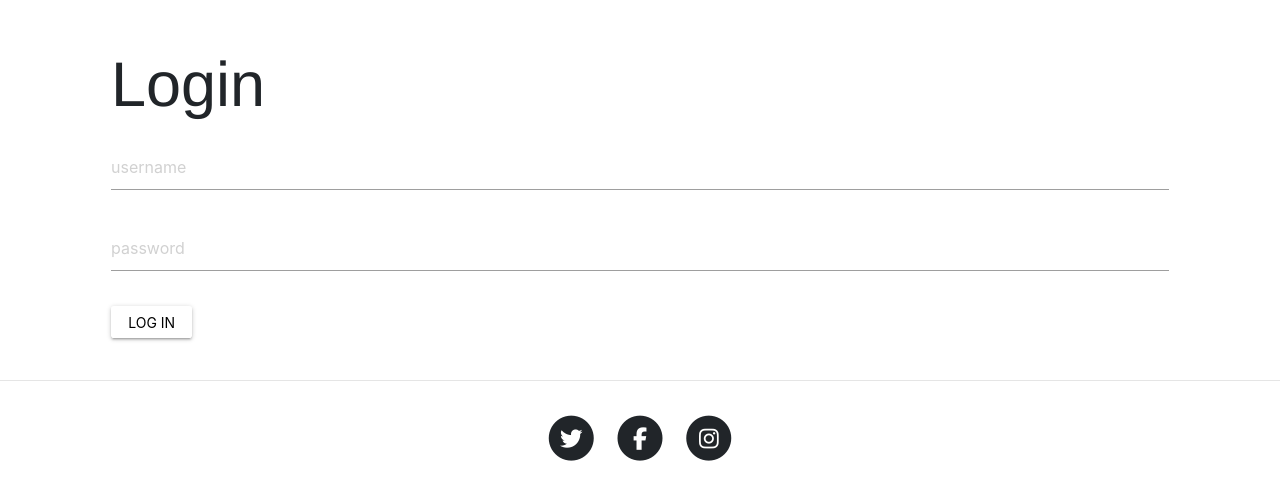
Repository: Code-Institute-Submissions/simas-recipes
Page: http://localhost/admin
The author's editor kept a record of every edit. The page is drawn from the files as they stood at one moment, then again after the next edit.
The browser window is 1280 px wide. The pictures show the part of the page from y = 562 to 1070 px (the page is 1043 px tall before and 1070 px after).
Some web fonts or font styles are not loaded; a fallback is used. Some web libraries are served in a nearby version. The page is served by the project's application, run on Flask 3 (run.py).

Above is the page before.
Console error: ReferenceError: emailjs is not defined

### templates/login.html
{% extends 'base.html' %}

{% block content %}

    {% if session['logged_in'] %}

        You're logged in already!

    {% else %}

        <!--To provide with username and password which will process through 'login' route-->
        <form action="/login" method="POST">
            <div class="login">
                <div class="login-screen">
                    <div class="app-title">
                        <h1>Login</h1>
                    </div>
                    <div class="login-form">
                        <div class="control-group">
                            <input type="text" class="login-field" value="" placeholder="username" name="username">
                            <label class="login-field-icon fui-user" for="login-name"></label>
                        </div>
                        <div class="control-group">
                            <input type="password" class="login-field" value="" placeholder="password" name="password">
                            <label class="login-field-icon fui-lock" for="login-pass"></label>
                        </div>
                        <input type="submit" value="Log in" class="btn btn-warning waves-effect waves-light">

                    </div><br>

                    <!--<p>
                        Click here to <a href="{{ url_for('newuser') }}">Create New User</a>
                    </p>-->
                </div>
            </div>
        </form>
    {% endif %}

{% endblock %}

### templates/base.html
<!DOCTYPE html>
<html lang="en">
<head>
    <meta charset="UTF-8">
    <meta name="viewport" content="width=device-width, initial-scale=1.0">
    <meta http-equiv="X-UA-Compatible" content="ie=edge">

    <!--Google Font link-->
    <link href="https://fonts.googleapis.com/css?family=Cedarville+Cursive|Cuprum:400,400i,700,700i|Josefin+Sans:400,600,700|Laila|Libre+Baskerville:400,400i,700|Overlock+SC|Roboto:400,500i,700,700i,900,900i|Tangerine&display=swap" rel="stylesheet">

    <!--Bootstrap CSS link-->
    <link rel="stylesheet" href="{{ url_for('static', filename='css/bootstrap.css') }}" type="text/css" />

    <!--Style CSS link-->
    <link rel="stylesheet" href="{{ url_for('static', filename='css/style.css') }}" type="text/css" />

    <!--Fontawesome CSS Link-->
    <link rel="stylesheet" href="{{ url_for('static', filename='css/fontawesome.css') }}" type="text/css" />

    <!--Materialize Icons link-->
    <link href="https://fonts.googleapis.com/icon?family=Material+Icons" rel="stylesheet">

    <!--Materialize CSS link-->
    <link rel="stylesheet" href="{{ url_for('static', filename='css/materialize.css') }}" type="text/css" />

    <title>Sima's Recipes</title>
</head>
<body>
    <!-- Navigation -->
    <nav class="navbar navbar-expand-lg navbar-expand-md navbar-light fixed-top" id="mainNav">
        <div class="container">

            <!--Link to index.html with site heading-->
            <a class="navbar-brand" href="{{ url_for('index') }}">Sima's Recipes</a>

            <!--Collapsiable button for small link and Navigation bar-->
            <button class="navbar-toggler navbar-toggler-right" type="button" data-toggle="collapse" data-target="#navbarResponsive" aria-controls="navbarResponsive" aria-expanded="false" aria-label="Toggle navigation">
                Menu
            </button>

            <!--List of menu options-->
            <div class="collapse navbar-collapse" id="navbarResponsive">
                <ul class="navbar-nav ml-auto">

                    <!--link to recipes route on python file-->
                    <li class="nav-item">
                        <a class="nav-link" href="{{ url_for('recipes') }}">Recipes</a>
                    </li>

                    <!--link to contact route on python file-->
                    <li class="nav-item">
                        <a class="nav-link" href="{{ url_for('contact') }}">Contact Us</a>
                    </li>

                    <!--link to chat route on python file-->
                    <li class="nav-item">
                        <a class="nav-link" href="{{ url_for('chat') }}">Chat</a>
                    </li>

                    <!--link to admin route on python file-->
                    <li class="nav-item">
                        <a class="nav-link" href="{{ url_for('loginuser') }}">Admin</a>
                    </li>
                </ul>
            </div>
        </div>
    </nav>

    <!-- Page Header -->
    <header class="masthead" style="background-image: url('{{ url_for('static', filename= 'img/Basically-Gojuchang-Chicken-Recipe-Wide.jpg') }}')">
        <div class="overlay"></div>
        <div class="container">
            <div class="row">
                <div class="col-lg-8 col-md-10 mx-auto">
                    <div class="site-heading">
                        <h1>Sima's Recipes</h1>
                        <span class="subheading">Finger licking yummy recipes</span>
                    </div>
                </div>
            </div>
        </div>
    </header>

    <!-- Main Content -->
    <div class="container">
        {% block content %}
        {% endblock %}
    </div>
    <hr>

    <!-- Footer -->
    <footer>
        <div class="container">
            <div class="row">
                <div class="col-lg-8 col-md-10 mx-auto">
                    <ul class="list-inline text-center">
                        <li class="list-inline-item">
                            <a href="#">
                                <span class="fa-stack fa-lg">
                                    <i class="fas fa-circle fa-stack-2x"></i>
                                    <i class="fab fa-twitter fa-stack-1x fa-inverse"></i>
                                </span>
                            </a>
                        </li>
                        <li class="list-inline-item">
                            <a href="#">
                                <span class="fa-stack fa-lg">
                                    <i class="fas fa-circle fa-stack-2x"></i>
                                    <i class="fab fa-facebook-f fa-stack-1x fa-inverse"></i>
                                </span>
                            </a>
                        </li>
                        <li class="list-inline-item">
                            <a href="#">
                                <span class="fa-stack fa-lg">
                                    <i class="fas fa-circle fa-stack-2x"></i>
                                    <i class="fab fa-instagram fa-stack-1x fa-inverse"></i>
                                </span>
                            </a>
                        </li>
                    </ul>
                </div>
            </div>
        </div>
    </footer>

    <!-- Bootstrap core JavaScript -->
    <script src="{{ url_for('static', filename='js/jquery.js') }}"></script>
    <script src="{{ url_for('static', filename='js/bootstrap.bundle.js') }}"></script>

    <!-- Custom scripts for this template -->
    <script src="{{ url_for('static', filename='js/clean-blog.js') }}"></script>

    <!--Fontawesome javascript link-->
    <script src="https://kit.fontawesome.com/011e87d520.js" crossorigin="anonymous"></script>

    <!--Materialize javascript link-->
    <script src="{{ url_for('static', filename='js/materialize.js') }}"></script>

    <script type="text/javascript">
        $(document).ready(function() {
            $('.collapsible').collapsible(); /*Materialize Collapsible jQuery*/
            $('select').formSelect(); /*Materialize ComboBox option selection jQuery*/
            $('.datepicker').datepicker(); /*Materialize Date picker jQuery*/
            $('.fixed-action-btn').floatingActionButton(); /*Materialize floating button jQuery*/
        });
    </script>
    <script src="{{ url_for('static', filename='js/sendemail.js') }}"></script>
    <!--<script type="text/javascript" src="//ajax.googleapis.com/ajax/libs/jquery/2.1.1/jquery.min.js"></script>-->
    <script type="text/javascript" src="https://cdn.jsdelivr.net/npm/emailjs-com@2.3.2/dist/email.min.js"></script>
        <script type="text/javascript">
        (function(){
            emailjs.init("user_XAGJLBFyU2Ou31af5eTyT");
        })();
    </script>

</body>
</html>

### static/css/style.css
@import url('https://fonts.googleapis.com/css?family=Roboto:100,200,300,400,500,600,700|Exo:100,200,300,400,500,600,700|Abel:100,200,300,400,500,600,700|Crimson Text:100,200,300,400,500,600,700|Baloo:100,200,300,400,500,600,700|Lato:300,400,700,900');

/*__________________________________________________Beef Recipe Styling_____*/

.card-beef{
  font-size: 30px;
  font-weight: 400;
  border-radius: 5px;
  line-height: 100px;
  margin: 30px 0 30px 0;
  /*color: #ba0b28;*/
  color: #fff;
  background-color: #ba0b28;
  border-color: #ba0b28;
}

.cat-beef{
  color: #fff;
  background-color: #ba0b28;
}

.cat-beef-head{
  color: #ba0b28;
  background-color: #fff;
}


/*__________________________________________________Chicken Recipe Styling_____*/

.card-chick{
  font-size: 30px;
  font-weight: 400;
  border-radius: 5px;
  line-height: 100px;
  margin: 30px 0 30px 0;
  color: #fff;
  /*color: #d19a04;*/
  background-color: #d19a04;
  border-color: #d19a04;
}

.cat-chick{
  color: #fff;
  background-color: #d19a04;
}

.cat-chick-head{
  color: #d19a04;
  background-color: #fff;
}


/*__________________________________________________Healthy Recipe Styling_____*/

.card-healthy{
  font-size: 30px;
  font-weight: 400;
  border-radius: 5px;
  line-height: 100px;
  margin: 30px 0 30px 0;
  /*color: #3d944b;*/
  color: #fff;
  background-color: #3d944b;
  border-color: #3d944b;
}

.cat-healthy{
  color: #fff;
  background-color: #3d944b;
}

.cat-healthy-head{
  color: #3d944b;
  background-color: #fff;
}


/*__________________________________________________Lamb Recipe Styling_____*/

.card-lamb{
  font-size: 30px;
  font-weight: 400;
  border-radius: 5px;
  line-height: 100px;
  margin: 30px 0 30px 0;
  /*color: #c74108;*/
  color: #fff;
  background-color: #c74108;
  border-color: #c74108;
}

.cat-lamb{
  color: #fff;
  background-color: #c74108;
}

.cat-lamb-head{
  color: #c74108;
  background-color: #fff;
}


/*__________________________________________________Pork Recipe Styling_____*/

.card-pork{
  font-size: 30px;
  font-weight: 400;
  border-radius: 5px;
  line-height: 100px;
  margin: 30px 0 30px 0;
  /*color: #c74108;*/
  color: #fff;
  background-color:  #148f77;
  border-color:  #148f77;
}

.cat-pork{
  color: #fff;
  background-color:  #148f77;
}

.cat-pork-head{
  color:  #148f77;
  background-color: #fff;
}


/*__________________________________________________Sea Food Recipe Styling_____*/

.card-seafood{
  font-size: 30px;
  font-weight: 400;
  border-radius: 5px;
  line-height: 100px;
  margin: 30px 0 30px 0;
  /*color: #09a8b0;*/
  color: #fff;
  background-color: #09a8b0;
  border-color: #09a8b0;
}

.cat-seafood{
  color: #fff;
  background-color: #09a8b0;
}

.cat-seafood-head{
  color: #09a8b0;
  background-color: #fff;
}


/*__________________________________________________Vegan Recipe Styling_____*/

.card-vegan{
  font-size: 30px;
  font-weight: 400;
  border-radius: 5px;
  line-height: 100px;
  margin: 30px 0 30px 0;
  /*color: #3d944b;*/
  color: #fff;
  background-color: #17202A;
  border-color: #17202A ;
}

.cat-vegan{
  color: #fff;
  background-color: #17202A;
}

.cat-vegan-head{
  color: #17202A;
  background-color: #fff;
}


/*__________________________________________________Vegetable Recipe Styling_____*/

.card-veg{
  font-size: 30px;
  font-weight: 400;
  border-radius: 5px;
  line-height: 100px;
  margin: 30px 0 30px 0;
  /*color: #3e6796;*/
  color: #fff;
  background-color: #3e6796;
  border-color: #c74108;
}

.cat-veg{
  color: #fff;
  background-color: #3e6796;
}

.cat-veg-head{
  color: #3e6796;
  background-color: #fff;
}


/*__________________________________________________Under 30 mins Recipe Styling_____*/

.card-u30{
  font-size: 30px;
  font-weight: 400;
  border-radius: 5px;
  line-height: 100px;
  margin: 30px 0 30px 0;
  /*color: #6a1a99;*/
  color: #fff;
  background-color: #6a1a99;
  border-color: #6a1a99;
}


/*__________________________________________________Over 30 mins Recipe Styling_____*/

.card-o30{
  font-size: 30px;
  font-weight: 400;
  border-radius: 5px;
  line-height: 100px;
  margin: 30px 0 30px 0;
  /*color: #0d5f85;*/
  color: #fff;
  background-color: #0d5f85;
  border-color: #0d5f85;
}


/*__________________________________________________Dashboard Styling_____*/

.dashhead{
  text-align: center;
  font-weight: 400;
  font-family: 'Cuprum', 'Helvetica Neue', Helvetica, Arial, sans-serif;
  font-size: 40px;
  line-height: 110%;
  margin-bottom: 15px;
}

.card-cuisine-red{
  font-size: 30px;
  font-weight: 400;
  border-radius: 5px;
  line-height: 100px;
  margin: 30px 0 30px 0;
  color: #fff;
  background-color: #C70039;
  border-color: #C70039;
}

.card-cuisine-purple{
  font-size: 30px;
  font-weight: 400;
  border-radius: 5px;
  line-height: 100px;
  margin: 30px 0 30px 0;
  color: #fff;
  background-color: #512E5F;
  border-color: #512E5F;
}

.card-cuisine-blue{
  font-size: 30px;
  font-weight: 400;
  border-radius: 5px;
  line-height: 100px;
  margin: 30px 0 30px 0;
  color: #fff;
  background-color: #154360;
  border-color: #154360;
}

.card-cuisine-green{
  font-size: 30px;
  font-weight: 400;
  border-radius: 5px;
  line-height: 100px;
  margin: 30px 0 30px 0;
  color: #fff;
  background-color: #0B5345;
  border-color: #0B5345;
}


/*__________________________________________________Category Styling_____*/

.cat_head{
  padding-left: 20px;
  position: relative;
  width: 100%;
  padding-right: 5px;
  flex: 0 0 75%;
  max-width: 75%;
}

.cat-value{
  padding-left: 30px;
}

.admin-category-thumb{
  color: #c74108;
}

.admin-category-back{
  color: #fff;
  background-color: #c74108;
}

.link-cat{
  font-size: 30px;
  font-weight: 400;
  font-family: 'Cuprum', 'Helvetica Neue', Helvetica, Arial, sans-serif;
}


/*__________________________________________________Recipe Styling_____*/

.recipe-thumb{
  color: #6a1a99;
}

.admin-recipe-back{
  color: #fff;
  background-color: #6a1a99;
}

.recipe-body{
  color: #fff;
  background-color: #5c5a54;
}

.recipe_head{
  font-weight: 800;
}

.not-available{
  color: red;
}


/*__________________________________________________Contact Form Styling_____*/

.contact-form{
  margin-top: 40px;
}

.contact-thumb{
  color: #ba0b28;
}


/*__________________________________________________Cuisine Styling_____*/

.admin-cuisine-thumb{
  color: #d19a04;
}

.admin-cuisine-back{
  color: #fff;
  background-color: #d19a04;
}


/*__________________________________________________Floting Button "TOP" Styling_____*/

.card-top{
  height: 50px;
  width: 50px;
  font-size: 30px;
  font-weight: 800;
  font-family: 'Cuprum', 'Helvetica Neue', Helvetica, Arial, sans-serif;
  border-radius: 50px;
  margin: 30px 0 30px 0;
  color: #fff;
  background-color: #c74108;
  border-color: #c74108;
  line-height: 54px;
}


/*__________________________________________________Tag Styling_____*/

p {
  line-height: 1.5;
  margin: 0;
  font-family: 'Cuprum', 'Helvetica Neue', Helvetica, Arial, sans-serif;
}

p a {
  text-decoration: underline;
}

h1,
h2,
h3,
h4,
h5,
h6 {
  font-weight: 800;
  font-family: 'Cuprum', 'Helvetica Neue', Helvetica, Arial, sans-serif;
}

a {
  color: #212529;
  /*color: #fff;*/
  transition: all 0.2s;
}

a:focus, a:hover {
  color: #0085A1;
  /*color: #fff;*/
  text-decoration: none;
}


/*__________________________________________________Main Image Styling_____*/

blockquote {
  font-style: italic;
  color: #868e96;
}

.section-heading {
  font-size: 36px;
  font-weight: 700;
  margin-top: 60px;
}

.caption {
  font-size: 14px;
  font-style: italic;
  display: block;
  margin: 0;
  padding: 10px;
  text-align: center;
  border-bottom-right-radius: 5px;
  border-bottom-left-radius: 5px;
}

::-moz-selection {
  color: #fff;
  background: #0085A1;
  text-shadow: none;
}

::selection {
  color: #fff;
  background: #0085A1;
  text-shadow: none;
}

img::-moz-selection {
  color: #fff;
  background: transparent;
}

img::selection {
  color: #fff;
  background: transparent;
}

img::-moz-selection {
  color: #fff;
  background: transparent;
}

/*__________________________________________________Navigation Bar Styling_____*/

#mainNav {
  position: absolute;
  border-bottom: 1px solid #e9ecef;
  background-color: #fff;
  color: #000;
  font-family: 'Roboto', 'Helvetica Neue', Helvetica, Arial, sans-serif;
}

#mainNav .navbar-brand {
  font-weight: 800;
  color: #343a40;
}

#mainNav .navbar-toggler {
  font-size: 12px;
  font-weight: 800;
  padding: 13px;
  text-transform: uppercase;
  color: #343a40;
}

#mainNav .navbar-nav > li.nav-item > a {
  font-size: 12px;
  font-weight: 800;
  letter-spacing: 1px;
  text-transform: uppercase;
}

nav i {
  display: block;
  line-height: 56px;
}

@media only screen and (min-width: 992px) {
  #mainNav {
    border-bottom: 1px solid transparent;
    background: transparent;
  }
  #mainNav .navbar-brand {
    padding: 10px 20px;
    color: #fff;
  }
  #mainNav .navbar-brand:focus, #mainNav .navbar-brand:hover {
    color: rgba(255, 255, 255, 0.8);
  }
  #mainNav .navbar-nav > li.nav-item > a {
    padding: 10px 20px;
    color: #fff;
  }
  #mainNav .navbar-nav > li.nav-item > a:focus, #mainNav .navbar-nav > li.nav-item > a:hover {
    color: rgba(255, 255, 255, 0.8);
  }
}

@media only screen and (min-width: 992px) {
  #mainNav {
    transition: background-color 0.2s;
    /* Force Hardware Acceleration in WebKit */
    transform: translate3d(0, 0, 0);
    -webkit-backface-visibility: hidden;
  }
  #mainNav.is-fixed {
    /* when the user scrolls down, we hide the header right above the viewport */
    position: fixed;
    top: -67px;
    transition: transform 0.2s;
    border-bottom: 1px solid white;
    background-color: rgba(255, 255, 255, 0.9);
  }
  #mainNav.is-fixed .navbar-brand {
    color: #212529;
  }
  #mainNav.is-fixed .navbar-brand:focus, #mainNav.is-fixed .navbar-brand:hover {
    color: #0085A1;
  }
  #mainNav.is-fixed .navbar-nav > li.nav-item > a {
    color: #212529;
  }
  #mainNav.is-fixed .navbar-nav > li.nav-item > a:focus, #mainNav.is-fixed .navbar-nav > li.nav-item > a:hover {
    color: #0085A1;
  }
  #mainNav.is-visible {
    /* if the user changes the scrolling direction, we show the header */
    transform: translate3d(0, 100%, 0);
  }
}


/*__________________________________________________Heading Style_____*/

header.masthead {
  margin-bottom: 50px;
  background: no-repeat center center;
  background-color: #868e96;
  background-attachment: scroll;
  position: relative;
  background-size: cover;
}

header.masthead .overlay {
  position: absolute;
  top: 0;
  left: 0;
  height: 100%;
  width: 100%;
  background-color: #212529;
  opacity: 0.5;
}

header.masthead .page-heading,
header.masthead .post-heading,
header.masthead .site-heading {
  padding: 200px 0 150px;
  color: white;
}

@media only screen and (min-width: 768px) {
  header.masthead .page-heading,
  header.masthead .post-heading,
  header.masthead .site-heading {
    padding: 200px 0;
  }
}

header.masthead .page-heading,
header.masthead .site-heading {
  text-align: center;
}

header.masthead .page-heading h1,
header.masthead .site-heading h1 {
  font-size: 50px;
  margin-top: 0;
}

header.masthead .page-heading .subheading,
header.masthead .site-heading .subheading {
  font-size: 44px;
  font-weight: 300;
  line-height: 1.1;
  display: block;
  margin: 10px 0 0;
  font-family: 'Tangerine', 'Helvetica Neue', Helvetica, Arial, sans-serif;
}

@media only screen and (min-width: 768px) {
  header.masthead .page-heading h1,
  header.masthead .site-heading h1 {
    font-size: 80px;
  }
}

header.masthead .post-heading h1 {
  font-size: 35px;
}

header.masthead .post-heading .meta,
header.masthead .post-heading .subheading {
  line-height: 1.1;
  display: block;
}

header.masthead .post-heading .subheading {
  font-size: 24px;
  font-weight: 600;
  margin: 10px 0 30px;
  font-family: 'Tangerine', 'Helvetica Neue', Helvetica, Arial, sans-serif;
}

header.masthead .post-heading .meta {
  font-size: 20px;
  font-weight: 300;
  font-style: italic;
  font-family: 'Lora', 'Times New Roman', serif;
}

header.masthead .post-heading .meta a {
  color: #fff;
}

@media only screen and (min-width: 768px) {
  header.masthead .post-heading h1 {
    font-size: 55px;
  }
  header.masthead .post-heading .subheading {
    font-size: 30px;
  }
}

.post-preview > a {
  color: #212529;
}

.post-preview > a:focus, .post-preview > a:hover {
  text-decoration: none;
  color: #0085A1;
}

.post-preview > a > .post-title {
  font-size: 30px;
  margin-top: 30px;
  margin-bottom: 10px;
}

.post-preview > a > .post-subtitle {
  font-weight: 300;
  margin: 0 0 10px;
}

.post-preview > .post-meta {
  font-size: 18px;
  font-style: italic;
  margin-top: 0;
  color: #868e96;
}

.post-preview > .post-meta > a {
  text-decoration: none;
  color: #212529;
}

.post-preview > .post-meta > a:focus, .post-preview > .post-meta > a:hover {
  text-decoration: underline;
  color: #0085A1;
}

@media only screen and (min-width: 768px) {
  .post-preview > a > .post-title {
    font-size: 36px;
  }
}


/*__________________________________________________Navigation Bar Options Styling_____*/

.floating-label-form-group {
  font-size: 14px;
  position: relative;
  margin-bottom: 0;
  padding-bottom: 0.5em;
  border-bottom: 1px solid #dee2e6;
}

.floating-label-form-group input,
.floating-label-form-group textarea {
  font-size: 1.5em;
  position: relative;
  z-index: 1;
  padding: 0;
  resize: none;
  border: none;
  border-radius: 0;
  background: none;
  box-shadow: none !important;
  font-family: 'Cuprum', 'Times New Roman', serif;
}

.floating-label-form-group input::-webkit-input-placeholder,
.floating-label-form-group textarea::-webkit-input-placeholder {
  color: #868e96;
  font-family: 'Lora', 'Times New Roman', serif;
}

.floating-label-form-group label {
  font-size: 0.85em;
  line-height: 1.764705882em;
  position: relative;
  z-index: 0;
  top: 2em;
  display: block;
  margin: 0;
  transition: top 0.3s ease, opacity 0.3s ease;
  vertical-align: middle;
  vertical-align: baseline;
  opacity: 0;
}

.floating-label-form-group .help-block {
  margin: 15px 0;
}

.floating-label-form-group-with-value label {
  top: 0;
  opacity: 1;
}

.floating-label-form-group-with-focus label {
  color: #0085A1;
}

form .form-group:first-child .floating-label-form-group {
  border-top: 1px solid #dee2e6;
}


/*__________________________________________________Footer Styling_____*/

footer {
  padding: 20px 0 20px;
}

footer .list-inline {
  margin: 0;
  padding: 0;
}

footer .copyright {
  font-size: 14px;
  margin-bottom: 0;
  text-align: center;
}


/*__________________________________________________Button Styling_____*/

.btn {
  font-size: 14px;
  font-weight: 800;
  letter-spacing: 1px;
  text-transform: uppercase;
  font-family: 'Open Sans', 'Helvetica Neue', Helvetica, Arial, sans-serif;
  display: inline-block;
  color: #212529;
  text-align: center;
  vertical-align: middle;
  -webkit-user-select: none;
  -moz-user-select: none;
  -ms-user-select: none;
  user-select: none;
  background-color: transparent;
  /*border: 1px solid transparent;*/
  border-color: #0085A1;
  padding: 0.375rem 0.75rem;
  line-height: 1.5;
  border-radius: 0.25rem;
  transition: color 0.15s ease-in-out, background-color 0.15s ease-in-out, border-color 0.15s ease-in-out, box-shadow 0.15s ease-in-out;
}

.btn-category {
  font-size: 14px;
  font-weight: 800;
  letter-spacing: 1px;
  text-transform: uppercase;
  font-family: 'Open Sans', 'Helvetica Neue', Helvetica, Arial, sans-serif;
}


.btn-primary {
  background-color: #0085A1;
  border-color: #0085A1;
}

.btn-primary:hover, .btn-primary:focus, .btn-primary:active {
  color: #fff;
  background-color: #00657b !important;
  border-color: #00657b !important;
}

.btn-lg {
  font-size: 16px;
  padding: 25px 35px;
}

span {
  font-family: 'Cuprum', 'Helvetica Neue', Helvetica, Arial, sans-serif;
}

.material-icons {
    font-family: 'Material Icons';
    font-weight: normal;
    font-style: normal;
    font-size: 14px;
    line-height: 1;
    letter-spacing: normal;
    text-transform: none;
    display: inline-block;
    white-space: nowrap;
    word-wrap: normal;
    direction: ltr;
    -webkit-font-feature-settings: 'liga';
    -webkit-font-smoothing: antialiased;
}

Loaded but not shown: static/css/bootstrap.css (library); static/css/fontawesome.css (library); static/css/materialize.css (library); static/js/jquery.js (library); static/js/bootstrap.bundle.js (library); static/js/materialize.js (library); static/js/clean-blog.js (41 lines, source omitted); static/js/sendemail.js (41 lines, source omitted); run.py (598 lines, source omitted)

After the next edit:
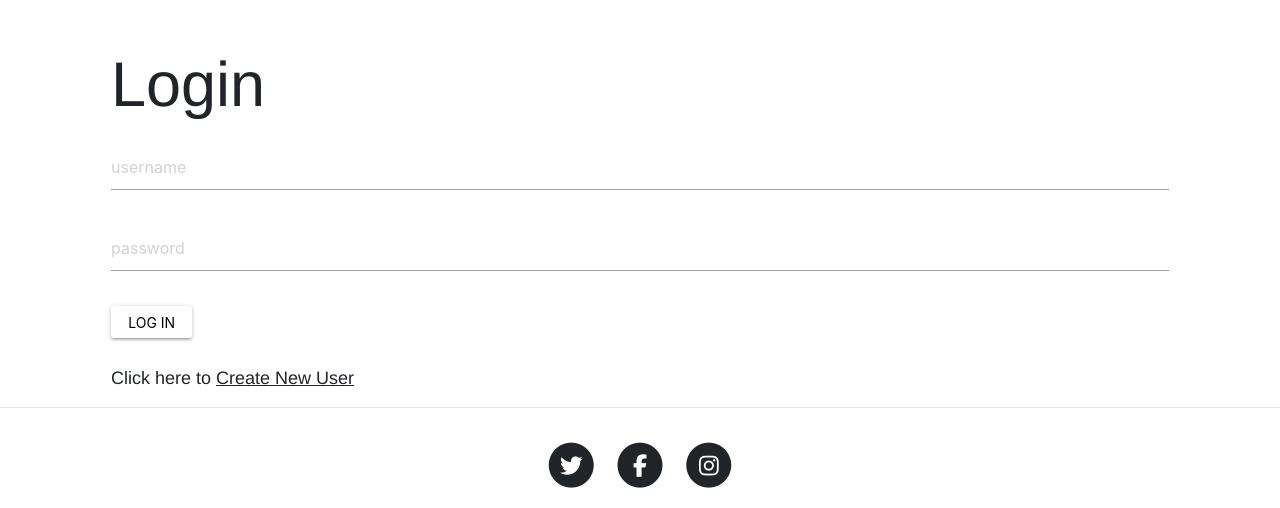
The edit:
--- a/templates/login.html
+++ b/templates/login.html
@@ -28,9 +28,9 @@
 
                     </div><br>
 
-                    <!--<p>
+                    <p>
                         Click here to <a href="{{ url_for('newuser') }}">Create New User</a>
-                    </p>-->
+                    </p>
                 </div>
             </div>
         </form>
